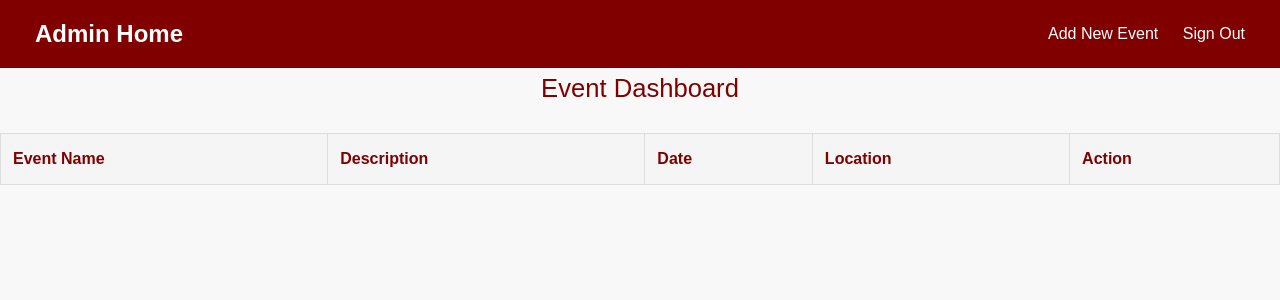
Repository: krypton-arch/College-Event-Management-System
Page: CollegeEvent/src/main/webapp/adminhome.html
An editor plug-in stored every save of this project. The page is shown before and after the next save, followed by the edit.
The browser window is 1280 px wide. The pictures show the whole page.
The page's requests for data from a server got no answer.

Above is the page before, as saved 2025-01-14 18:37:16.

### CollegeEvent/src/main/webapp/adminhome.html
<!DOCTYPE html>
<html lang="en">
<head>
    <meta charset="UTF-8">
    <meta name="viewport" content="width=device-width, initial-scale=1.0">
    <title>Admin Home</title>
    <link rel="stylesheet" href="adminhome_css.css">
</head>
<body>
    <nav class="navbar">
        <h1>Admin Home</h1>
        <div class="nav-links">
            <a href="adminnew.html">Add New Event</a>
            <a href="login.html">Sign Out</a>
        </div>
    </nav>

    <main class="dashboard">
        <header>
            <h2 id="h2">Event Dashboard</h2>
        </header>

        <section class="event-list">
            <table>
                <thead>
                    <tr>
                        <th>Event Name</th>
                        <th>Description</th>
                        <th>Date</th>
                        <th>Location</th>
                        <th>Action</th>
                    </tr>
                </thead>
                <tbody id="event-list">
                    <!-- Events will be dynamically loaded here -->
                </tbody>
            </table>
        </section>
    </main>

    <div class="popup" id="popup" role="alertdialog" aria-labelledby="popup-title" aria-describedby="popup-message" style="display: none;">
        <span class="popup-close" onclick="closePopup()" role="button" aria-label="Close popup">&times;</span>
        <h2 id="popup-title">Notification</h2>
        <p id="popup-message">You have successfully deleted the event!</p>
    </div>

    <script>
        // Fetch events from the server
        async function loadEvents() {
            const response = await fetch('fetchEvents');
            const events = await response.json();

            const eventList = document.getElementById('event-list');
            eventList.innerHTML = '';

            events.forEach(event => {
                const row = document.createElement('tr');
                row.innerHTML = `
                    <td>${event.name}</td>
                    <td>${event.description}</td>
                    <td>${event.date}</td>
                    <td>${event.location}</td>
                    <td><button class="btn" onclick="deleteEvent('${event.id}')">Delete</button></td>
                `;
                eventList.appendChild(row);
            });
        }

        // Delete event
        async function deleteEvent(eventId) {
            try {
                const response = await fetch('deleteEvent', {
                    method: 'POST',
                    headers: {
                        'Content-Type': 'application/x-www-form-urlencoded',
                    },
                    body: new URLSearchParams({ eventId:'123' })
                });

                const result = await response.json();
                if (result.success) {
                    showPopup();
                    loadEvents();
                } else {
                    alert(result.message);
                }
            } catch (error) {
                alert('An error occurred: ' + error.message);
            }
        }

        // Show popup message
        function showPopup() {
            const popup = document.getElementById('popup');
            popup.style.display = 'block';
            setTimeout(closePopup, 3000); // Close popup after 3 seconds
        }

        // Close popup message
        function closePopup() {
            const popup = document.getElementById('popup');
            popup.style.display = 'none';
        }

        // Load events on page load
        document.addEventListener('DOMContentLoaded', loadEvents);
    </script>
</body>
</html>

### CollegeEvent/src/main/webapp/adminhome_css.css
@charset "ISO-8859-1";

* {
    box-sizing: border-box;
    margin: 0;
    padding: 0;
}

body {
    font-family: Arial, sans-serif;
    background-color: #f8f8f8; /* Light cream background */
    color: #333;
    line-height: 1.6;
}

/* Navbar */
.navbar {
    display: flex;
    justify-content: space-between;
    align-items: center;
    background-color: maroon;
    color: white;
    padding: 15px;
}

.navbar h1 {
    margin-left: 20px;
    font-size: 24px;
}

.nav-links {
    margin-right: 20px;
}

.nav-links a {
    color: white;
    text-decoration: none;
    margin-left: 20px;
    font-size: 16px;
}

.nav-links a:hover {
    text-decoration: underline;
}

/* Main Content */
.main-content {
    max-width: 800px;
    margin: 40px auto;
    background-color: #ffffff;
    padding: 20px;
    border-radius: 10px;
    box-shadow: 0 0 20px rgba(0, 0, 0, 0.1);
}

h2 {
    text-align: center;
    color: maroon;
    margin-bottom: 1.5rem;
    font-size: 1.6rem;
    font-weight: 500;
}

table {
    width: 100%;
    border-collapse: collapse;
    margin-top: 1.5rem;
    font-size: 1rem;
}

th, td {
    border: 1px solid #ddd;
    padding: 12px;
    text-align: left;
    transition: background-color 0.3s;
}

th {
    background-color: #f5f5f5;
    color: maroon;
    font-weight: 600;
}

tr:nth-child(even) {
    background-color: #f9f9f9;
}

td {
    color: #555; /* Slightly lighter text for cells */
}

td button {
    background-color: maroon;
    color: white;
    border: none;
    padding: 8px 12px;
    border-radius: 5px;
    cursor: pointer;
    font-size: 0.9rem;
    transition: background-color 0.3s;
}

td button:hover {
    background-color: rgb(128, 0, 0); /* Slightly lighter maroon */
}

/* Form Section */
.form-section {
    text-align: center;
}

.form-section h2 {
    color: maroon;
    font-size: 28px;
    margin-bottom: 20px;
}

.form-group {
    margin-bottom: 15px;
    text-align: left;
}

.form-group label {
    display: block;
    font-weight: bold;
    margin-bottom: 5px;
    color: maroon;
}

.form-group input,
.form-group textarea {
    width: 100%;
    padding: 10px;
    font-size: 14px;
    border: 1px solid #ccc;
    border-radius: 5px;
    background-color: #f9f9f9;
}

.form-group input:focus,
.form-group textarea:focus {
    outline: none;
    border-color: maroon;
    box-shadow: 0 0 5px rgba(128, 0, 0, 0.3);
}

/* Submit Button */
.btn {
    display: inline-block;
    padding: 10px 20px;
    font-size: 16px;
    font-weight: bold;
    background-color: maroon;
    color: white;
    border: none;
    border-radius: 5px;
    cursor: pointer;
    transition: background-color 0.3s;
}

.btn:hover {
    background-color: rgb(128, 0, 0);
}

/* Popup Styles */
.popup {
    display: none;
    position: fixed;
    left: 50%;
    top: 50%;
    transform: translate(-50%, -50%);
    background-color: white;
    padding: 20px;
    border: 1px solid #ccc;
    border-radius: 10px;
    box-shadow: 0 0 20px rgba(0, 0, 0, 0.2);
    z-index: 1000;
    width: 300px;
    text-align: center;
}

.popup p {
    font-size: 14px;
    margin: 15px 0;
}

.popup button {
    padding: 10px 20px;
    background-color: maroon;
    color: white;
    border: none;
    border-radius: 5px;
    cursor: pointer;
}

.popup button:hover {
    background-color: rgb(128, 0, 0);
}

/* Responsive Design */
@media (max-width: 600px) {
    .main-content {
        padding: 15px;
    }

    .navbar h1 {
        font-size: 20px;
    }

    .nav-links a {
        font-size: 14px;
    }
}

After the next save:
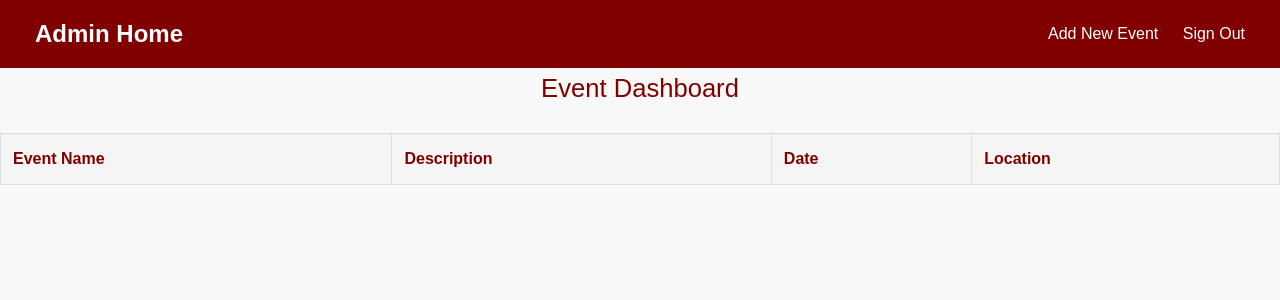
Saved 5 min 4 s later.
--- a/CollegeEvent/src/main/webapp/adminhome.html
+++ b/CollegeEvent/src/main/webapp/adminhome.html
@@ -28,7 +28,6 @@
                         <th>Description</th>
                         <th>Date</th>
                         <th>Location</th>
-                        <th>Action</th>
                     </tr>
                 </thead>
                 <tbody id="event-list">
@@ -37,12 +36,6 @@
             </table>
         </section>
     </main>
-
-    <div class="popup" id="popup" role="alertdialog" aria-labelledby="popup-title" aria-describedby="popup-message" style="display: none;">
-        <span class="popup-close" onclick="closePopup()" role="button" aria-label="Close popup">&times;</span>
-        <h2 id="popup-title">Notification</h2>
-        <p id="popup-message">You have successfully deleted the event!</p>
-    </div>
 
     <script>
         // Fetch events from the server
@@ -66,42 +59,6 @@
             });
         }
 
-        // Delete event
-        async function deleteEvent(eventId) {
-            try {
-                const response = await fetch('deleteEvent', {
-                    method: 'POST',
-                    headers: {
-                        'Content-Type': 'application/x-www-form-urlencoded',
-                    },
-                    body: new URLSearchParams({ eventId:'123' })
-                });
-
-                const result = await response.json();
-                if (result.success) {
-                    showPopup();
-                    loadEvents();
-                } else {
-                    alert(result.message);
-                }
-            } catch (error) {
-                alert('An error occurred: ' + error.message);
-            }
-        }
-
-        // Show popup message
-        function showPopup() {
-            const popup = document.getElementById('popup');
-            popup.style.display = 'block';
-            setTimeout(closePopup, 3000); // Close popup after 3 seconds
-        }
-
-        // Close popup message
-        function closePopup() {
-            const popup = document.getElementById('popup');
-            popup.style.display = 'none';
-        }
-
         // Load events on page load
         document.addEventListener('DOMContentLoaded', loadEvents);
     </script>
